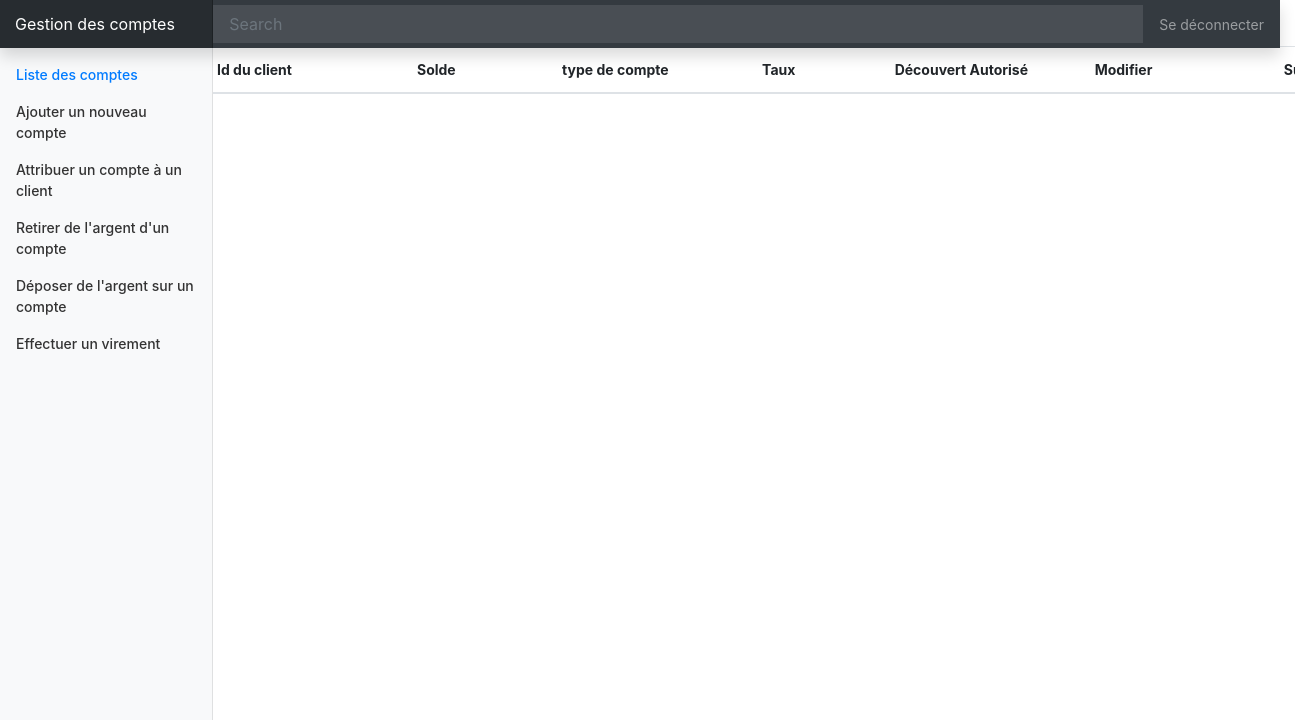
Repository: liiiseee/Projet
Page: http://localhost/02_projet_gestion_clients_compte/menu-comptes.jsp
These files come from the project's save history. The page is drawn as it stood at one moment and after the next save; the edit follows.
The browser window is 1280 px wide. The page is 1295 px wide, so the pictures cover 1295 px, including what lies to the right of the window. The pictures show the whole page.
The page is served by Tomcat 9. Other server files are loaded and not shown. The template is opened directly, without the code that normally fills it, so the values that code supplies are empty.

Above is the page before, as saved 2020-03-30 14:59:55.

### 02_projet_gestion_clients_compte/WebContent/menu-comptes.jsp
<%@ page language="java" contentType="text/html; charset=ISO-8859-1"
    pageEncoding="ISO-8859-1"%>

<%@ taglib uri="http://java.sun.com/jsp/jstl/core" prefix="c"%>
<!DOCTYPE html>
<html>
<head>
<meta charset="ISO-8859-1">
<title>liste comptes</title>
<link href="assets/styles/bootstrap.min.css" rel="stylesheet" >

 <style>
      .bd-placeholder-img {
        font-size: 1.125rem;
        text-anchor: middle;
        -webkit-user-select: none;
        -moz-user-select: none;
        -ms-user-select: none;
        user-select: none;
      }

      @media (min-width: 768px) {
        .bd-placeholder-img-lg {
          font-size: 3.5rem;
        }
      }
    </style>
    <!-- Custom styles for this template -->
    <link href="assets/styles/dashboard.css" rel="stylesheet">
</head>
<body>

    <nav class="navbar navbar-dark fixed-top bg-dark flex-md-nowrap p-0 shadow">
  <a class="navbar-brand col-sm-3 col-md-2 mr-0" href="#">Gestion des comptes</a>
  <input class="form-control form-control-dark w-100" type="text" placeholder="Search" aria-label="Search">
  <ul class="navbar-nav px-3">
    <li class="nav-item text-nowrap">
      <a class="nav-link" href="authentification-servlet?destroy=true">Se déconnecter</a>
    </li>
  </ul>
</nav>

<div class="container-fluid">
  <div class="row">
    <nav class="col-md-2 d-none d-md-block bg-light sidebar">
      <div class="sidebar-sticky">
        <ul class="nav flex-column">
          <li class="nav-item">
            <a class="nav-link active" href="#">
              <span data-feather="home"></span>
              Liste des comptes <span class="sr-only">(current)</span>
            </a>
          </li>
          <li class="nav-item">
            <a class="nav-link" href="ajout-compte.jsp">
              <span data-feather="file"></span>
              Ajouter un nouveau compte
            </a>
          </li>
          <li class="nav-item">
            <a class="nav-link" href="attribuer-compte.jsp">
              <span data-feather="file"></span>
              Attribuer un compte à un client
            </a>
          </li>
         <li class="nav-item">
          <input type="hidden" name="action" value="liste"/>
            <a class="nav-link" href="menu-retrait.jsp">
              <span data-feather="shopping-cart"></span>
              Retirer de l'argent d'un compte
            </a>
          </li>

          <li class="nav-item">
          <input type="hidden" name="action" value="dep"/>
            <a class="nav-link" href="menu-depot.jsp">
              <span data-feather="users"></span>
             Déposer de l'argent sur un compte
            </a>
          </li>
          <li class="nav-item">
            <a class="nav-link" href="#">
              <span data-feather="bar-chart-2"></span>
              Effectuer un virement
            </a>
          </li>
          </ul>



      </div>
    </nav>
    </div>
    </div>





   <h2>Liste des comptes</h2>
   <div class="row">
     <div class="table-responsive" >
       <table  class="table table-striped" style="width: 2000px; margin-left: 20px">




          <thead>
            <tr>
              	<th style="width:10%;">ID</th>
              	<th style="width:10%;">Id du client</th>
	 			<th style="width:10px;">Solde</th>
	 			<th style="width:10%;">type de compte</th>
	 			<th style="width:10px;">Taux</th>
	 			<th style="width:10%;">Découvert Autorisé</th>
	 			<th style="width:10px;">Modifier</th>
	 			<th style="width:10px;">Supprimer</th>
	 			<th style="width:10px;">Depot</th>
	 			<th style="width:10px;">Retrait</th>
	 			<th style="width:10px;">Virement</th>

            </tr>
          </thead>
          <tbody>
            <c:forEach items="${liste_comptes}" var="compte">
	 			<tr>

	 				<td>${compte.idCompte }</td>
	 				<td> ${compte.clientID } </td>
	 				<td> ${compte.solde } </td>
	 				<td> ${compte.typeCompte } </td>
	 				<td> ${compte.taux } </td>
	 				<td> ${compte.decouvert } </td>
	 				<td>
	 					<a href="gestion-compte-servlet?action=modif&id-compte=${compte.idCompte}">modifier</a>
	 				</td>


	 				<td>
	 					<a href="gestion-compte-servlet?action=supp&id-compte=${compte.idCompte}">supprimer</a>
	 				</td>

	 				<td>
	 					<a href="gestion-compte-servlet?action=depot&id-compte=${compte.idCompte}">depot</a>
	 				</td>

	 				<td>
	 					<a href="gestion-compte-servlet?action=retrait&id-compte=${compte.idCompte}">retrait</a>
	 				</td>
	 				<td>
	 					<a href="gestion-compte-servlet?action=virement&id-compte=${compte.idCompte}">virement</a>
	 				</td>




	 				</tr>

            </c:forEach>


          </tbody>

        </table>

            </div>
        </div>



</body>
</html>

### 02_projet_gestion_clients_compte/WebContent/assets/styles/dashboard.css
@charset "ISO-8859-1";

body {
  font-size: .875rem;
}

.feather {
  width: 16px;
  height: 16px;
  vertical-align: text-bottom;
}

/*
 * Sidebar
 */

.sidebar {
  position: fixed;
  top: 0;
  bottom: 0;
  left: 0;
  z-index: 100; /* Behind the navbar */
  padding: 48px 0 0; /* Height of navbar */
  box-shadow: inset -1px 0 0 rgba(0, 0, 0, .1);
}

.sidebar-sticky {
  position: relative;
  top: 0;
  height: calc(100vh - 48px);
  padding-top: .5rem;
  overflow-x: hidden;
  overflow-y: auto; /* Scrollable contents if viewport is shorter than content. */
}

@supports ((position: -webkit-sticky) or (position: sticky)) {
  .sidebar-sticky {
    position: -webkit-sticky;
    position: sticky;
  }
}

.sidebar .nav-link {
  font-weight: 500;
  color: #333;
}

.sidebar .nav-link .feather {
  margin-right: 4px;
  color: #999;
}

.sidebar .nav-link.active {
  color: #007bff;
}

.sidebar .nav-link:hover .feather,
.sidebar .nav-link.active .feather {
  color: inherit;
}

.sidebar-heading {
  font-size: .75rem;
  text-transform: uppercase;
}

/*
 * Content
 */

[role="main"] {
  padding-top: 133px; /* Space for fixed navbar */
}

@media (min-width: 768px) {
  [role="main"] {
    padding-top: 48px; /* Space for fixed navbar */
  }
}

/*
 * Navbar
 */

.navbar-brand {
  padding-top: .75rem;
  padding-bottom: .75rem;
  font-size: 1rem;
  background-color: rgba(0, 0, 0, .25);
  box-shadow: inset -1px 0 0 rgba(0, 0, 0, .25);
}

.navbar .form-control {
  padding: .75rem 1rem;
  border-width: 0;
  border-radius: 0;
}

.form-control-dark {
  color: #fff;
  background-color: rgba(255, 255, 255, .1);
  border-color: rgba(255, 255, 255, .1);
}

.form-control-dark:focus {
  border-color: transparent;
  box-shadow: 0 0 0 3px rgba(255, 255, 255, .25);
}

Loaded but not shown: 02_projet_gestion_clients_compte/WebContent/assets/styles/bootstrap.min.css (library)

After the next save:
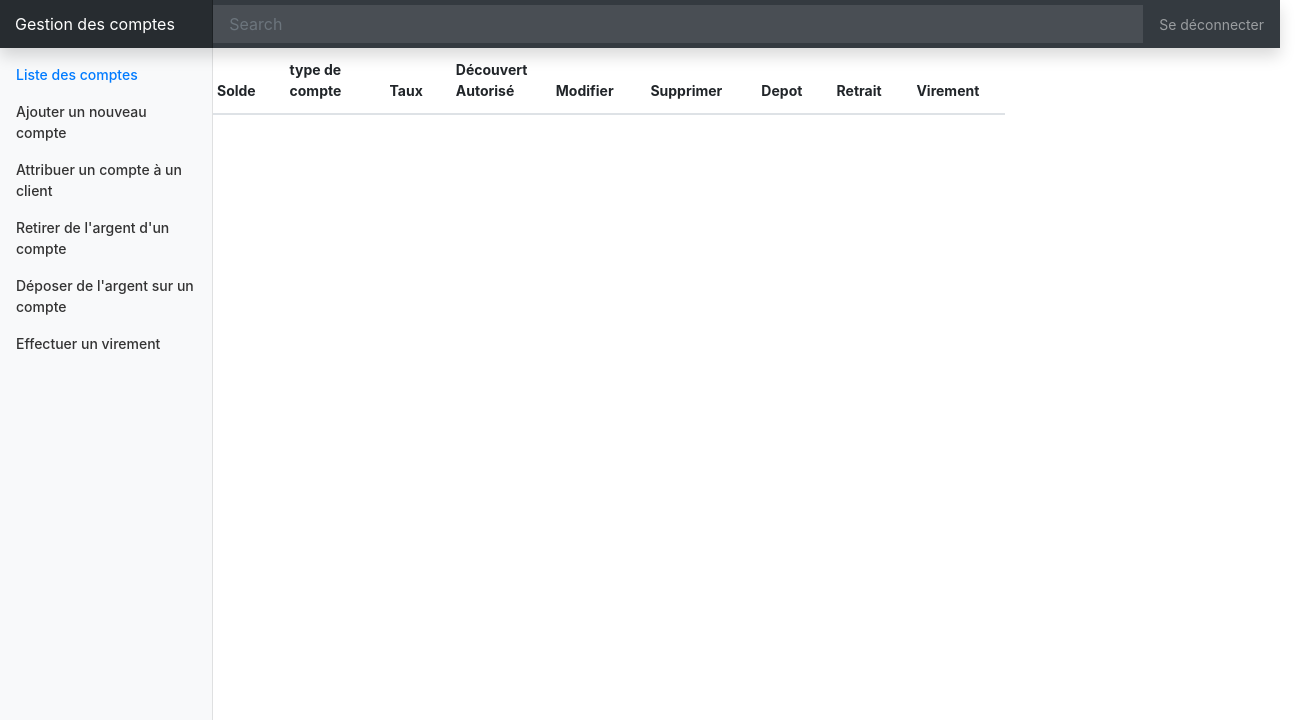
Saved 10 s later.
--- a/02_projet_gestion_clients_compte/WebContent/menu-comptes.jsp
+++ b/02_projet_gestion_clients_compte/WebContent/menu-comptes.jsp
@@ -100,7 +100,7 @@
    <h2>Liste des comptes</h2>
    <div class="row">
      <div class="table-responsive" >
-       <table  class="table table-striped" style="width: 2000px; margin-left: 20px">
+       <table  class="table table-striped" style="width: 1000px; margin-left: 20px">
 
 
 
